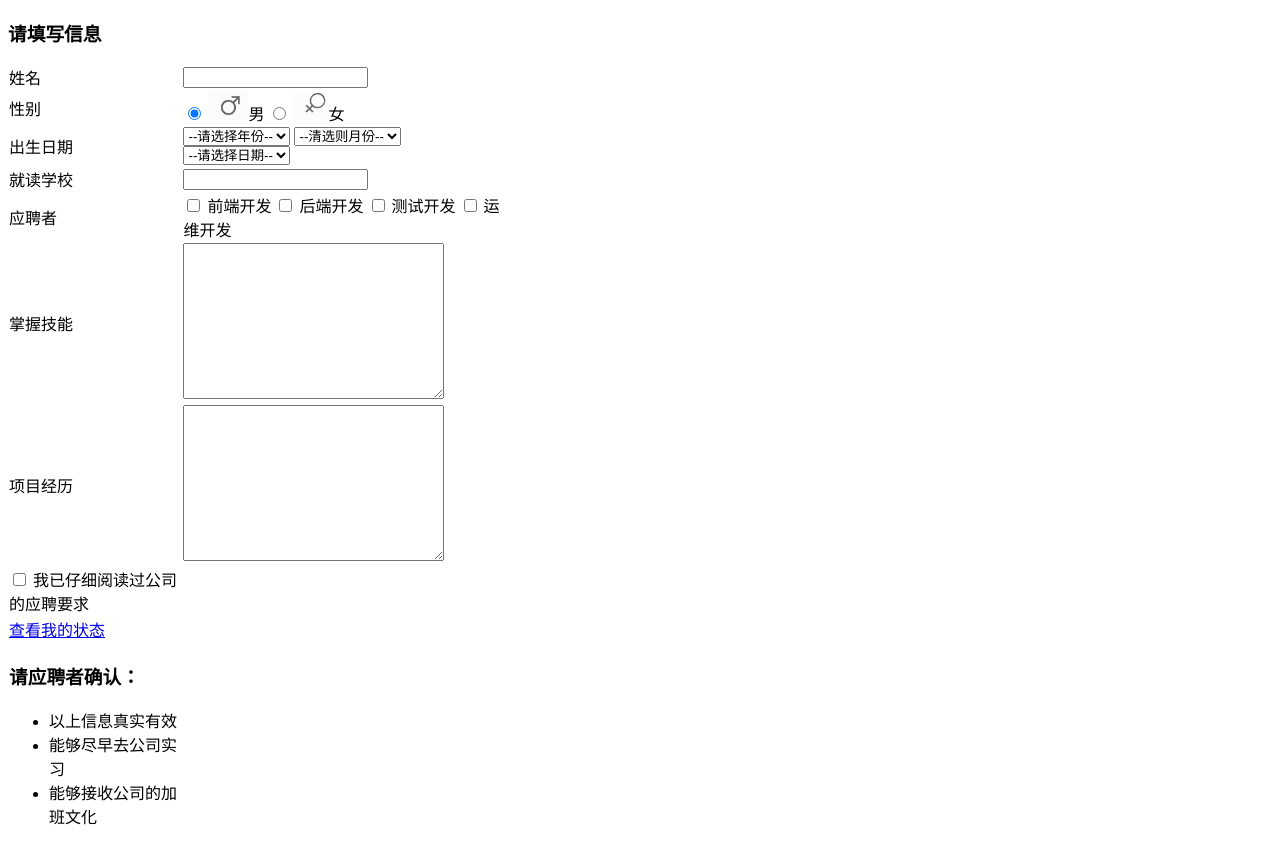
Repository: ls02/VSCode
Page: Java/2022/6-21-1/Test2.html
The author's editor kept a copy of each file at every save. The page is drawn from the files as they stood at one save, then again after the next save.
The browser window is 1280 px wide. The pictures show the whole page.

Above is the page before, as saved 2022-06-21 15:34:07.

### Java/2022/6-21-1/Test2.html
<!--
 * @Author: ls02 <2877455773@qq.com>
 * @Date: 2022-06-21 14:55:00
 * @LastEditors: ls02 <2877455773@qq.com>
 * @LastEditTime: 2022-06-21 15:33:11
 * @FilePath: \Java\2022\6-21-1\Test2.html
 * @Description:
 *
 * Copyright (c) 2022 by ${ls02 <2877455773@qq.com>}, All Rights Reserved.
-->
<!DOCTYPE html>
<html lang="en">
<head>
    <meta charset="UTF-8">
    <meta http-equiv="X-UA-Compatible" content="IE=edge">
    <meta name="viewport" content="width=device-width, initial-scale=1.0">
    <title>填写简历信息</title>
</head>
<body>
    <table width="500" cellspacing="0">
        <h3>请填写信息</h3>
        <tbody>
            <tr>
                <td>
                    <label for="name">姓名</label>
                </td>
                <td>
                    <input type="test" id="name">
                </td>
            </tr>
            <tr>
                <td>
                    性别
                </td>
                <td>
                    <input type="radio" name="sex" id="male" checked="checked">
                    <label for="male"><img src="./images/man.png" alt="" width="40px">男</label>
                    <input type="radio" name="sex" id="female">
                    <label for="female"><img src="./images/woman.png" alt="" width="35px">女</label>
                </td>
            </tr>
            <tr>
                <td>
                    出生日期
                </td>
                <td>
                    <select>
                        <option>--请选择年份--</option>
                        <option>1998</option>
                        <option>1999</option>
                        <option>2001</option>
                        <option>2002</option>
                        <option>2003</option>
                        <option>2004</option>
                        <option>2005</option>
                        <option>2006</option>
                        <option>2007</option>
                        <option>2008</option>
                    </select>
                    <select>
                        <option>--清选则月份--</option>
                        <option vlaue="">1</option>
                        <option vlaue="">2</option>
                        <option vlaue="">3</option>
                        <option vlaue="">4</option>
                        <option vlaue="">5</option>
                        <option vlaue="">6</option>
                        <option vlaue="">7</option>
                        <option vlaue="">8</option>
                        <option vlaue="">9</option>
                        <option vlaue="">10</option>
                        <option vlaue="">11</option>
                        <option vlaue="">12</option>
                    </select>
                    <select>
                        <option>--请选择日期--</option>
                        <option vlaue="">1</option>
                        <option vlaue="">2</option>
                        <option vlaue="">3</option>
                        <option vlaue="">4</option>
                        <option vlaue="">5</option>
                        <option vlaue="">6</option>
                        <option vlaue="">7</option>
                        <option vlaue="">8</option>
                        <option vlaue="">9</option>
                        <option vlaue="">10</option>
                        <option vlaue="">11</option>
                        <option vlaue="">12</option>
                        <option vlaue="">13</option>
                        <option vlaue="">14</option>
                        <option vlaue="">15</option>
                        <option vlaue="">16</option>
                        <option vlaue="">17</option>
                        <option vlaue="">18</option>
                        <option vlaue="">19</option>
                        <option vlaue="">20</option>
                        <option vlaue="">21</option>
                        <option vlaue="">22</option>
                        <option vlaue="">23</option>
                        <option vlaue="">24</option>
                        <option vlaue="">25</option>
                        <option vlaue="">26</option>
                        <option vlaue="">27</option>
                        <option vlaue="">28</option>
                        <option vlaue="">29</option>
                        <option vlaue="">30</option>
                        <option vlaue="">31</option>
                    </select>
                </td>
            </tr>
            <tr>
                <td>
                    就读学校
                </td>
                <td>
                    <input type="test">
                </td>
            </tr>
            <tr>
                <td>
                    应聘者
                </td>
                <td>
                    <input type="checkbox" id="frontend">
                    <label for="frontend">前端开发</label>
                    <input type="checkbox" id="backend">
                    <label for="backend">后端开发</label>
                    <input type="checkbox" id="qa">
                    <label for="qa">测试开发</label>
                    <input type="checkbox" id="op">
                    <label for="op">运维开发</label>
                </td>
            </tr>
            <tr>
                <td>
                    掌握技能
                </td>
                <td>
                    <textarea name="" id="" cols="30" rows="10"></textarea>
                </td>
            </tr>
            <tr>
                <td>
                    项目经历
                </td>
                <td>
                    <textarea name="" id="" cols="30" rows="10"></textarea>
                </td>
                <tr>
                    <td>
                        <input type="checkbox" id="lisence">
                        <label for="lisence">我已仔细阅读过公司的应聘要求</label>
                    </td>
                </tr>
                <tr>
                    <td>
                        <a href="#">查看我的状态</a>
                    </td>
                </tr>
                <tr>
                    <td>
                        <h3>请应聘者确认：</h3>
                        <ul>
                            <li>以上信息真实有效</li>
                            <li>能够尽早去公司实习</li>
                            <li>能够接收公司的加班文化</li>
                        </ul>
                    </td>
                </tr>
            </tr>
        </tbody>
    </table>
</body>
</html>

After the next save:
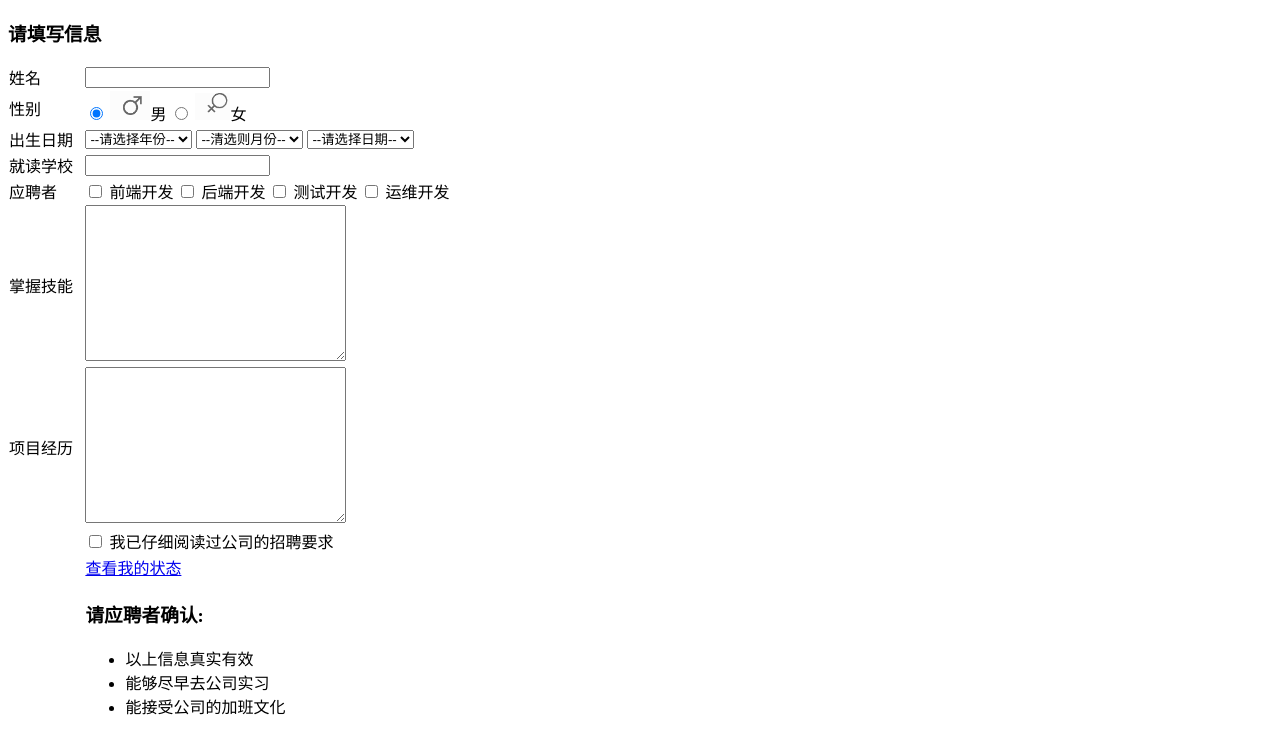
Saved 31 s later.
--- a/Java/2022/6-21-1/Test2.html
+++ b/Java/2022/6-21-1/Test2.html
@@ -2,7 +2,7 @@
  * @Author: ls02 <2877455773@qq.com>
  * @Date: 2022-06-21 14:55:00
  * @LastEditors: ls02 <2877455773@qq.com>
- * @LastEditTime: 2022-06-21 15:33:11
+ * @LastEditTime: 2022-06-21 15:34:38
  * @FilePath: \Java\2022\6-21-1\Test2.html
  * @Description:
  *
@@ -146,27 +146,31 @@
                 <td>
                     <textarea name="" id="" cols="30" rows="10"></textarea>
                 </td>
-                <tr>
-                    <td>
-                        <input type="checkbox" id="lisence">
-                        <label for="lisence">我已仔细阅读过公司的应聘要求</label>
-                    </td>
-                </tr>
-                <tr>
-                    <td>
-                        <a href="#">查看我的状态</a>
-                    </td>
-                </tr>
-                <tr>
-                    <td>
-                        <h3>请应聘者确认：</h3>
-                        <ul>
-                            <li>以上信息真实有效</li>
-                            <li>能够尽早去公司实习</li>
-                            <li>能够接收公司的加班文化</li>
-                        </ul>
-                    </td>
-                </tr>
+            </tr>
+            <tr>
+            <td></td>
+            <td>
+            <input type="checkbox" id="lisence">
+            <label for="lisence">我已仔细阅读过公司的招聘要求</label>
+            </td>
+            </tr>
+            <tr>
+            <td></td>
+            <td>
+            <a href="#">查看我的状态</a>
+            </td>
+            </tr>
+            <tr>
+            <td></td>
+            <td>
+            <h3>请应聘者确认: </h3>
+            <ul>
+            <li>以上信息真实有效</li>
+            <li>能够尽早去公司实习</li>
+            <li>能接受公司的加班文化</li>
+            </ul>
+            </td>
+            </tr>
             </tr>
         </tbody>
     </table>
